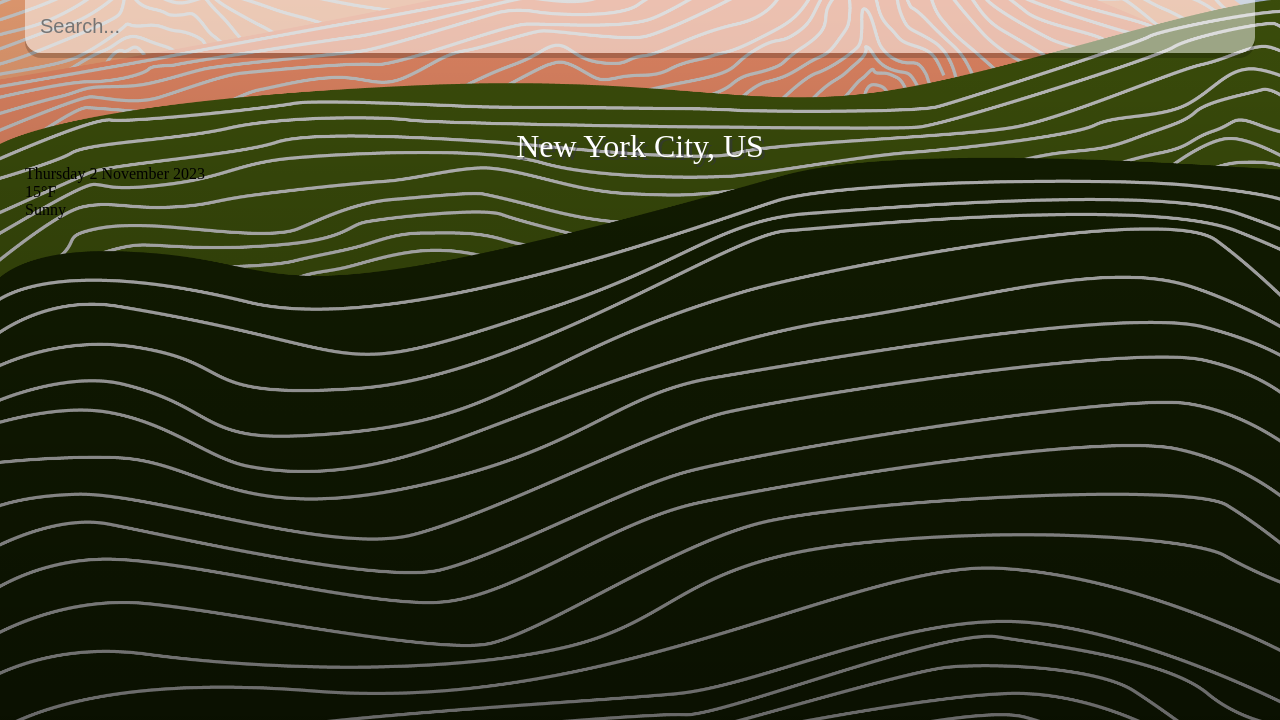
Repository: burntaftermint/weather
Page: /
The author's editor kept a copy of each file at every save. The page is drawn from the files as they stood at one save, then again after the next save.
The browser window is 1280 px wide. The pictures show the whole page.
The project was rebuilt for these pictures with package versions that can differ from the ones it lists, and the page was loaded fresh each time.

Above is the page before, as saved 2023-11-02 04:59:14.

After the next save:
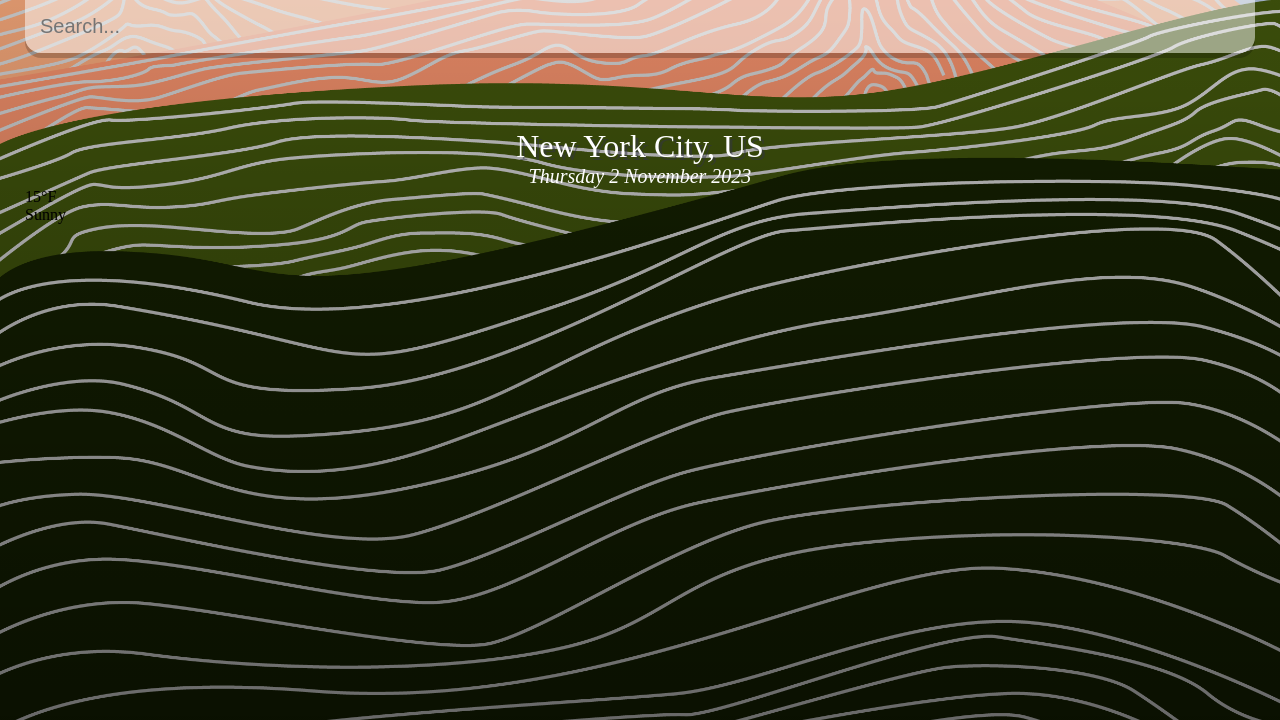
Saved 115 s later.
--- a/src/index.css
+++ b/src/index.css
@@ -64,3 +64,11 @@ main {
   text-align: center;
   text-shadow: 3px 3px rgba(50, 50, 70, 0.5);
 }
+
+.location-box .date {
+  color: #FFF;
+  font-size: 20px;
+  font-weight: 300;
+  font-style: italic;
+  text-align: center;
+}
